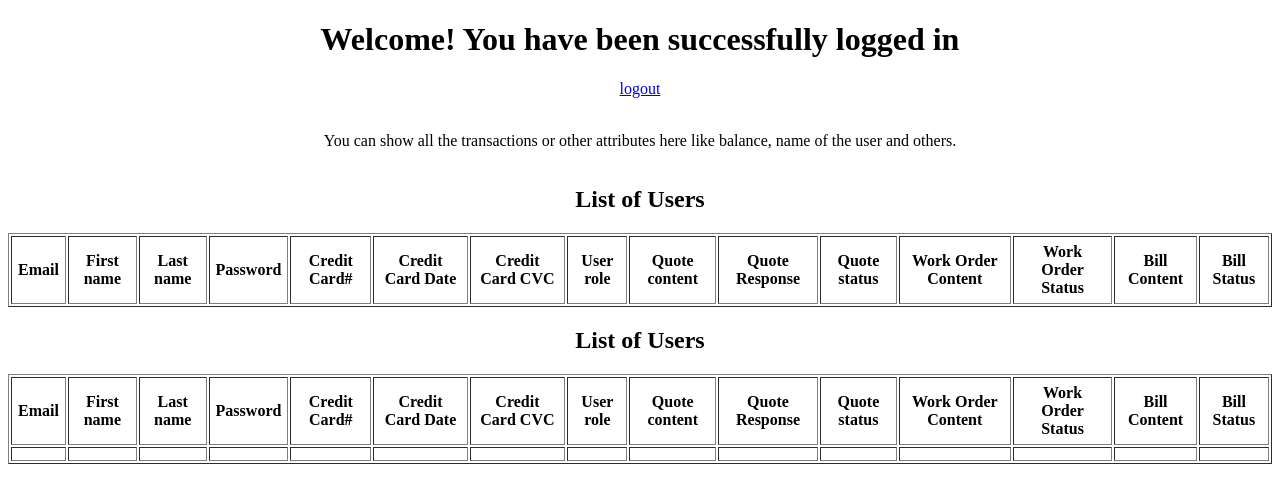
Repository: jacknishanian/Database-project
Page: http://localhost/database/activitypage.jsp
The author's editor kept a copy of each file at every save. The page is drawn from the files as they stood at one save, then again after the next save.
The browser window is 1280 px wide. The pictures show the whole page.
The page is served by Tomcat 9. Other server files are loaded and not shown.

Above is the page before, as saved 2023-10-18 03:01:02.

### database/WebContent/activitypage.jsp
<%@ page language="java" contentType="text/html; charset=ISO-8859-1"
    pageEncoding="ISO-8859-1"%>
<%@ taglib uri="http://java.sun.com/jsp/jstl/core" prefix="c" %>

<!DOCTYPE html>
<html>
<head>
<meta charset="ISO-8859-1">
<title>Activity page</title>
</head>

<center><h1>Welcome! You have been successfully logged in</h1> </center>


	<body>
	 <center>
		 <a href="login.jsp"target ="_self" > logout</a><br><br>
		 <p> You can show all the transactions or other attributes here like balance, name of the user and others.</p>


		 <table border="1" cellpadding="6">
            <caption><h2>List of Users</h2></caption>
            <tr>
                <th>Email</th>
                <th>First name</th>
                <th>Last name</th>
                <th>Password</th>
                <th>Credit Card#</th>
                <th>Credit Card Date</th>
                <th>Credit Card CVC</th>
                <th>User role</th>
                <th>Quote content</th>
                <th>Quote Response</th>
                <th>Quote status</th>
                <th>Work Order Content</th>
                <th>Work Order Status</th>
                <th>Bill Content</th>
                <th>Bill Status</th>

            </tr>

                <c:forEach var="users" items="${listUser}">
                <tr style="text-align:center">
                    <td><c:out value="${users.email}" /></td>
                    <td><c:out value="${users.firstName}" /></td>
                    <td><c:out value="${users.lastName}" /></td>
                    <td><c:out value="${users.password}" /></td>
                    <td><c:out value="${users.card_num}" /></td>
                    <td><c:out value="${users.card_date}" /></td>
                    <td><c:out value="${users.card_cvc}" /></td>
                    <td><c:out value="${users.role}" /></td>
                    <td><c:out value="${users.quotes_content}" /></td>
                    <td><c:out value="${users.quotes_response}"/></td>
                    <td><c:out value="${users.quotes_status}" /></td>
                    <td><c:out value="${users.work_order_content}" /></td>
                    <td><c:out value="${users.work_order_status}" /></td>
                    <td><c:out value="${users.bill_of_work_content}"/></td>
                    <td><c:out value="${users.bill_of_work_status}" /></td>

            </c:forEach>
           </table>

            <table border="1" cellpadding="6">
            <caption><h2>List of Users</h2></caption>
            <tr>
                <th>Email</th>
                <th>First name</th>
                <th>Last name</th>
                <th>Password</th>
                <th>Credit Card#</th>
                <th>Credit Card Date</th>
                <th>Credit Card CVC</th>
                <th>User role</th>
                <th>Quote content</th>
                <th>Quote Response</th>
                <th>Quote status</th>
                <th>Work Order Content</th>
                <th>Work Order Status</th>
                <th>Bill Content</th>
                <th>Bill Status</th>

            </tr>

            <tr style="text-align:center">
                    <td><c:out value="${user.email}" /></td>
                    <td><c:out value="${user.firstName}" /></td>
                    <td><c:out value="${user.lastName}" /></td>
                    <td><c:out value="${user.password}" /></td>
                    <td><c:out value="${user.card_num}" /></td>
                    <td><c:out value="${user.card_date}" /></td>
                    <td><c:out value="${user.card_cvc}" /></td>
                    <td><c:out value="${user.role}" /></td>
                    <td><c:out value="${user.quotes_content}" /></td>
                    <td><c:out value="${user.quotes_response}"/></td>
                    <td><c:out value="${user.quotes_status}" /></td>
                    <td><c:out value="${user.work_order_content}" /></td>
                    <td><c:out value="${user.work_order_status}" /></td>
                    <td><c:out value="${user.bill_of_work_content}"/></td>
                    <td><c:out value="${user.bill_of_work_status}" /></td>




        </table>

		 </center>
	</body>
</html>

After the next save:
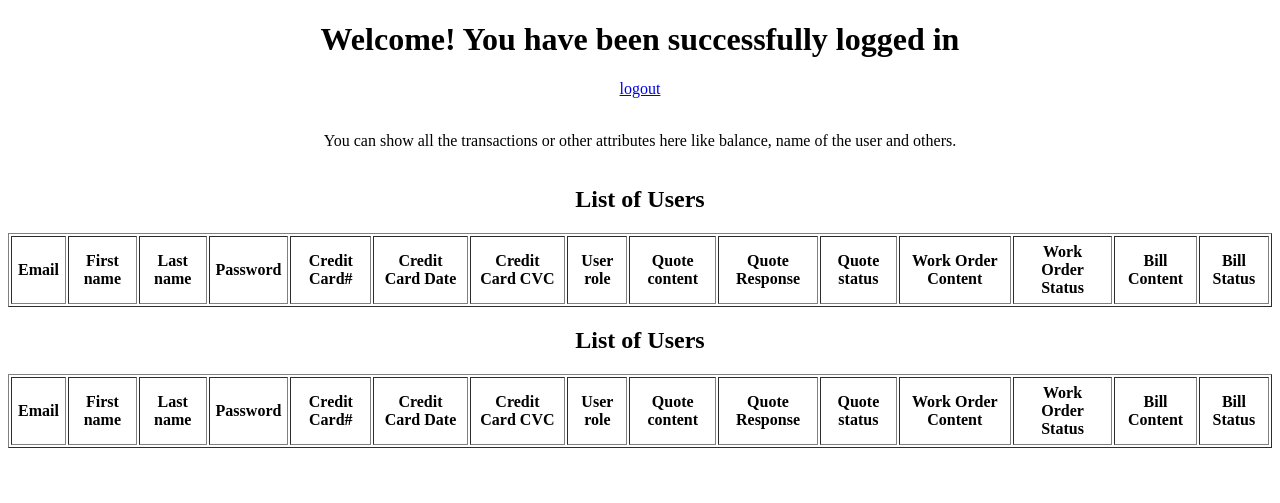
Saved 86 s later.
--- a/database/WebContent/activitypage.jsp
+++ b/database/WebContent/activitypage.jsp
@@ -56,9 +56,9 @@
                     <td><c:out value="${users.work_order_status}" /></td>
                     <td><c:out value="${users.bill_of_work_content}"/></td>
                     <td><c:out value="${users.bill_of_work_status}" /></td>
-
             </c:forEach>
            </table>
+
 
             <table border="1" cellpadding="6">
             <caption><h2>List of Users</h2></caption>
@@ -81,22 +81,26 @@
 
             </tr>
 
-            <tr style="text-align:center">
-                    <td><c:out value="${user.email}" /></td>
-                    <td><c:out value="${user.firstName}" /></td>
-                    <td><c:out value="${user.lastName}" /></td>
-                    <td><c:out value="${user.password}" /></td>
-                    <td><c:out value="${user.card_num}" /></td>
-                    <td><c:out value="${user.card_date}" /></td>
-                    <td><c:out value="${user.card_cvc}" /></td>
-                    <td><c:out value="${user.role}" /></td>
-                    <td><c:out value="${user.quotes_content}" /></td>
-                    <td><c:out value="${user.quotes_response}"/></td>
-                    <td><c:out value="${user.quotes_status}" /></td>
-                    <td><c:out value="${user.work_order_content}" /></td>
-                    <td><c:out value="${user.work_order_status}" /></td>
-                    <td><c:out value="${user.bill_of_work_content}"/></td>
-                    <td><c:out value="${user.bill_of_work_status}" /></td>
+            <c:forEach var="users" items="${listUser}">
+                <tr style="text-align:center">
+                    <td><c:out value="${users.email}" /></td>
+                    <td><c:out value="${users.firstName}" /></td>
+                    <td><c:out value="${users.lastName}" /></td>
+                    <td><c:out value="${users.password}" /></td>
+                    <td><c:out value="${users.card_num}" /></td>
+                    <td><c:out value="${users.card_date}" /></td>
+                    <td><c:out value="${users.card_cvc}" /></td>
+                    <td><c:out value="${users.role}" /></td>
+                    <td><c:out value="${users.quotes_content}" /></td>
+                    <td><c:out value="${users.quotes_response}"/></td>
+                    <td><c:out value="${users.quotes_status}" /></td>
+                    <td><c:out value="${users.work_order_content}" /></td>
+                    <td><c:out value="${users.work_order_status}" /></td>
+                    <td><c:out value="${users.bill_of_work_content}"/></td>
+                    <td><c:out value="${users.bill_of_work_status}" /></td>
+            </c:forEach>
+
+
 
 
 

After the save that followed:
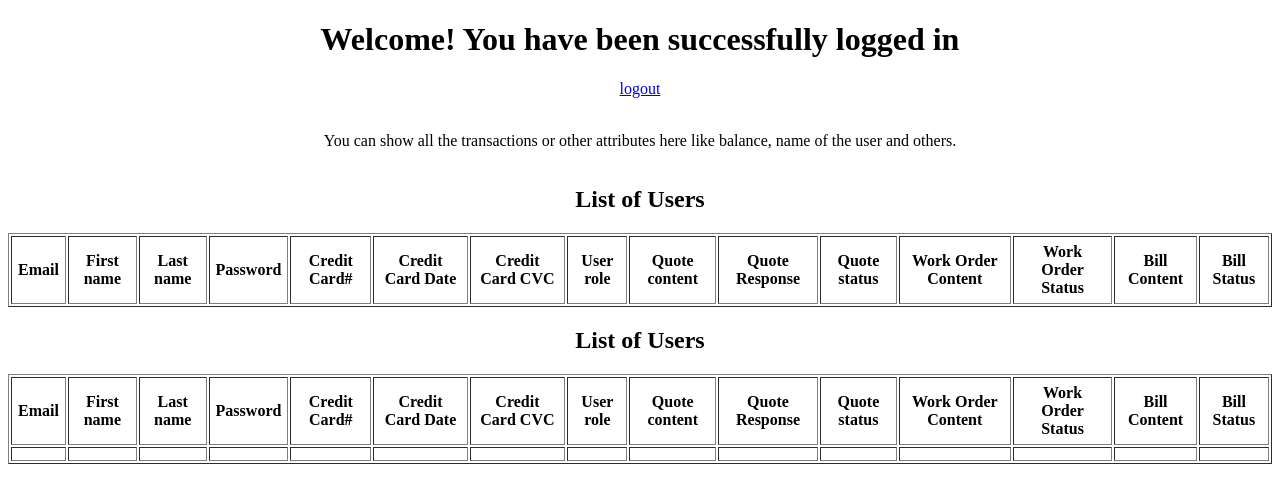
Saved 66 s later.
--- a/database/WebContent/activitypage.jsp
+++ b/database/WebContent/activitypage.jsp
@@ -38,8 +38,7 @@
                 <th>Bill Status</th>
 
             </tr>
-
-                <c:forEach var="users" items="${listUser}">
+            <c:forEach var="users" items="${listUser}">
                 <tr style="text-align:center">
                     <td><c:out value="${users.email}" /></td>
                     <td><c:out value="${users.firstName}" /></td>
@@ -56,8 +55,9 @@
                     <td><c:out value="${users.work_order_status}" /></td>
                     <td><c:out value="${users.bill_of_work_content}"/></td>
                     <td><c:out value="${users.bill_of_work_status}" /></td>
+
             </c:forEach>
-           </table>
+        </table>
 
 
             <table border="1" cellpadding="6">
@@ -81,26 +81,24 @@
 
             </tr>
 
-            <c:forEach var="users" items="${listUser}">
-                <tr style="text-align:center">
-                    <td><c:out value="${users.email}" /></td>
-                    <td><c:out value="${users.firstName}" /></td>
-                    <td><c:out value="${users.lastName}" /></td>
-                    <td><c:out value="${users.password}" /></td>
-                    <td><c:out value="${users.card_num}" /></td>
-                    <td><c:out value="${users.card_date}" /></td>
-                    <td><c:out value="${users.card_cvc}" /></td>
-                    <td><c:out value="${users.role}" /></td>
-                    <td><c:out value="${users.quotes_content}" /></td>
-                    <td><c:out value="${users.quotes_response}"/></td>
-                    <td><c:out value="${users.quotes_status}" /></td>
-                    <td><c:out value="${users.work_order_content}" /></td>
-                    <td><c:out value="${users.work_order_status}" /></td>
-                    <td><c:out value="${users.bill_of_work_content}"/></td>
-                    <td><c:out value="${users.bill_of_work_status}" /></td>
-            </c:forEach>
 
 
+            <tr style="text-align:center">
+                    <td><c:out value="${user.email}" /></td>
+                    <td><c:out value="${user.firstName}" /></td>
+                    <td><c:out value="${user.lastName}" /></td>
+                    <td><c:out value="${user.password}" /></td>
+                    <td><c:out value="${user.card_num}" /></td>
+                    <td><c:out value="${user.card_date}" /></td>
+                    <td><c:out value="${user.card_cvc}" /></td>
+                    <td><c:out value="${user.role}" /></td>
+                    <td><c:out value="${user.quotes_content}" /></td>
+                    <td><c:out value="${user.quotes_response}"/></td>
+                    <td><c:out value="${user.quotes_status}" /></td>
+                    <td><c:out value="${user.work_order_content}" /></td>
+                    <td><c:out value="${user.work_order_status}" /></td>
+                    <td><c:out value="${user.bill_of_work_content}"/></td>
+                    <td><c:out value="${user.bill_of_work_status}" /></td>
 
 
 
